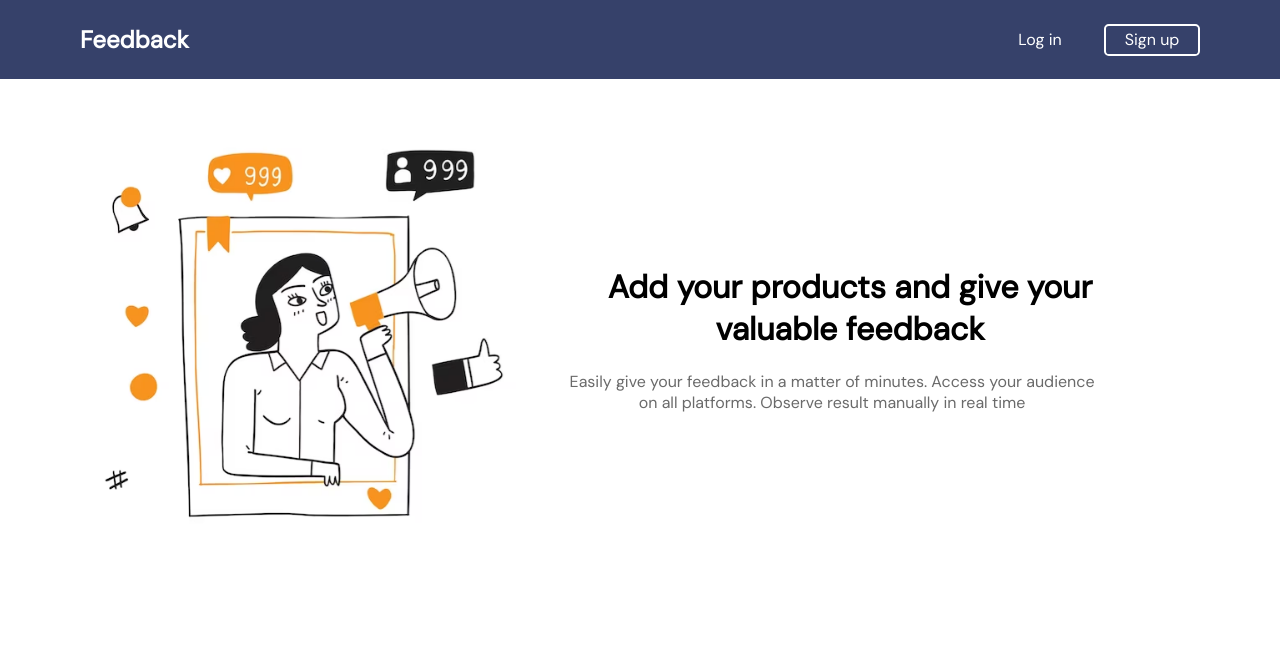
Repository: drumsmanku/final-evaluation-test
Page: / (app in client/)
The author's editor kept a copy of each file at every save. The page is drawn from the files as they stood at one save, then again after the next save.
The browser window is 1280 px wide. The pictures show the whole page.
The page's requests for data from a server got no answer. The project was rebuilt for these pictures with package versions that can differ from the ones it lists, and the page was loaded fresh each time. No one was signed in, and anything a server would have sent is missing.

Above is the page before, as saved 2023-07-28 13:44:16.

After the next save:
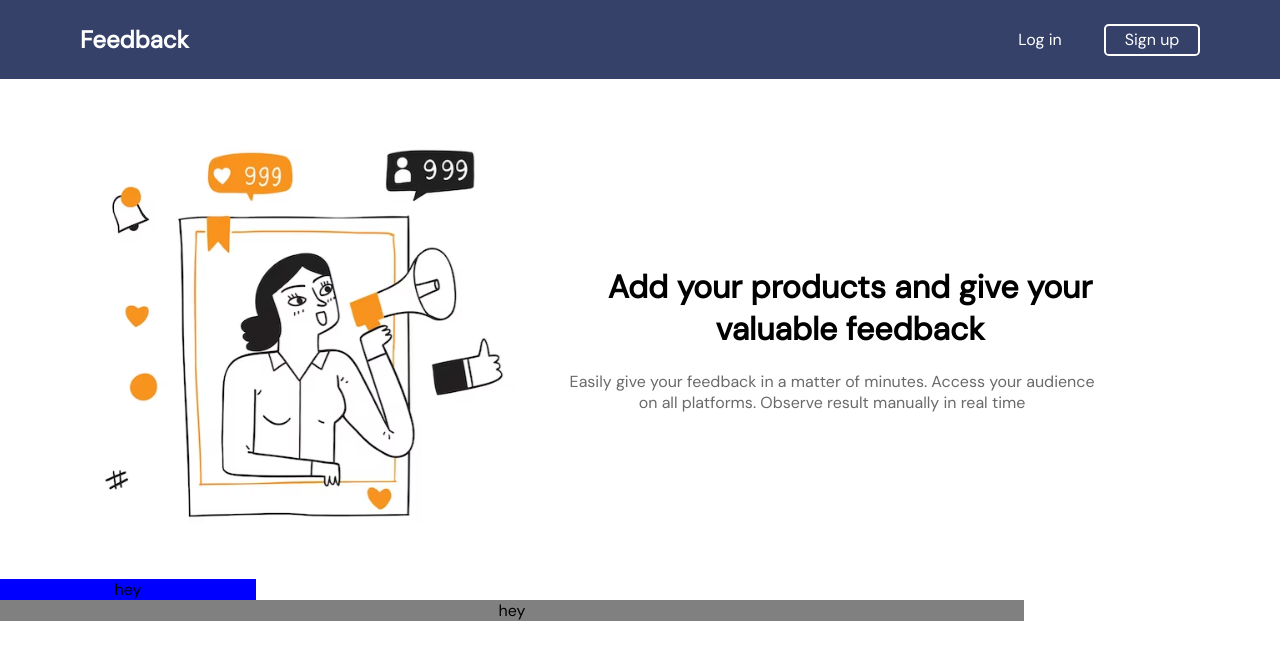
Saved 14 s later.
--- a/client/src/Components/MainPage.js
+++ b/client/src/Components/MainPage.js
@@ -70,10 +70,10 @@ function MainPage() {
       </div>
       <div className="main-bottom-container">
         <div className="bottom-left">
-
+          hey
         </div>
         <div className="bottom-right">
-
+          hey
         </div>
       </div>
     </div>
